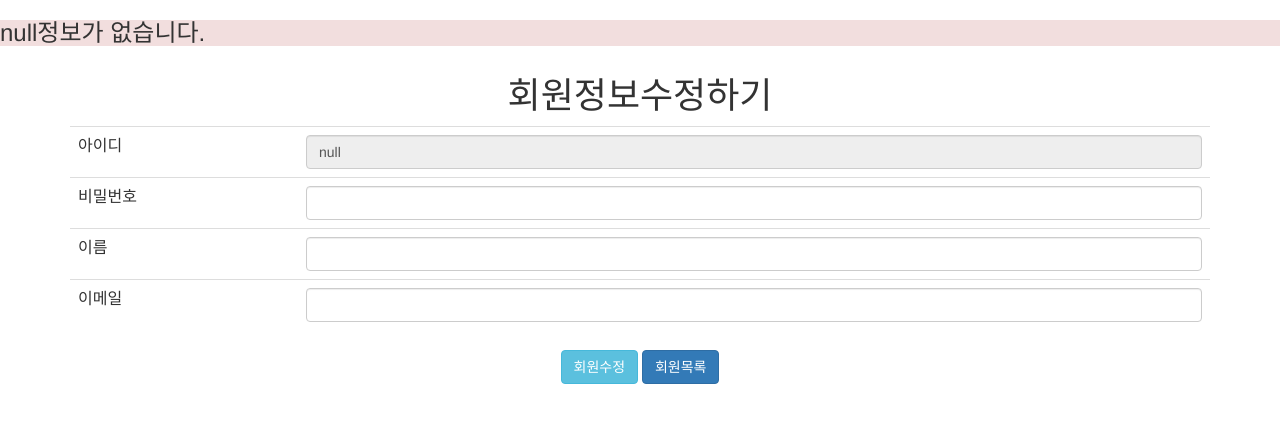
Repository: juhee1020/studying
Page: http://localhost/jsp02_database/jsp01_connect/jsp02_updateForm.jsp
These files come from the project's save history. The page is drawn as it stood at one moment and after the next save; the edit follows.
The browser window is 1280 px wide. The pictures show the whole page.
The page is served by Tomcat 9. Queries for data that is not in the repository find no rows.

Above is the page before, as saved 2022-12-15 05:18:59.

After the next save:
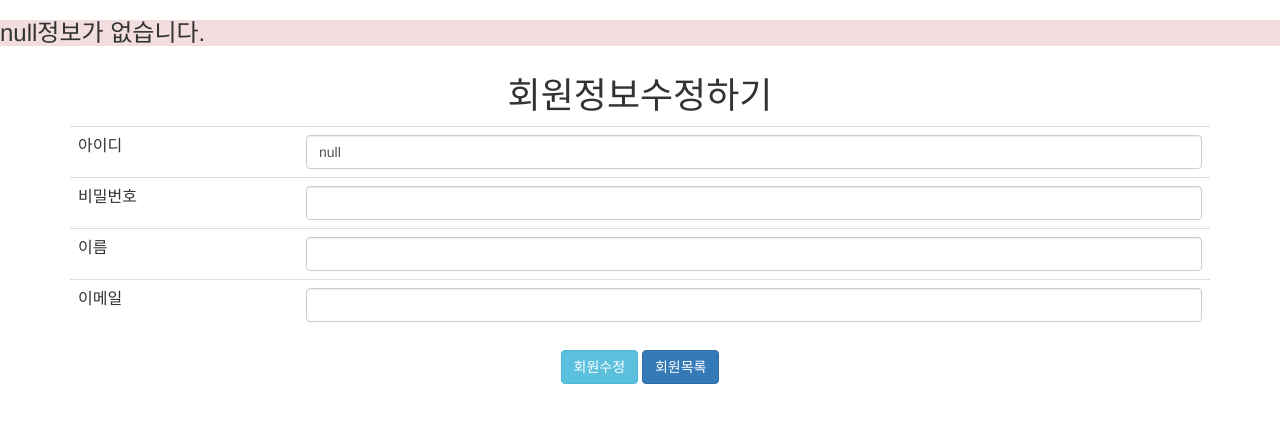
Saved 10 s later.
--- a/JSP/jsp02_database/WebContent/jsp01_connect/jsp02_updateForm.jsp
+++ b/JSP/jsp02_database/WebContent/jsp01_connect/jsp02_updateForm.jsp
@@ -80,7 +80,7 @@ try{
 
 				<tr>
 					<td width="20%">아이디</td>
-					<td><input type="text" name="id" class="form-control" size="30" value="<%= id %>" disabled></td>
+					<td><input type="text" name="id" class="form-control" size="30" value="<%= id %>"></td>
 				</tr>
 				<tr>
 					<td width="20%">비밀번호</td>
